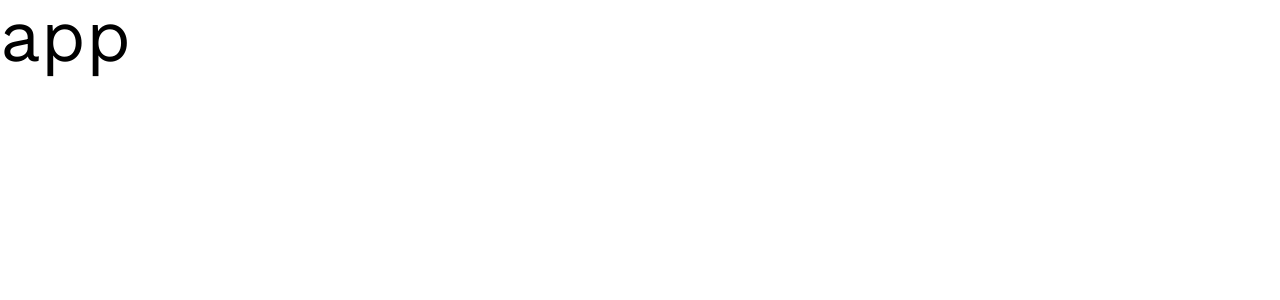
Repository: Mohtoto/3JSPortfoilio
Page: /
The author's editor kept a copy of each file at every save. The page is drawn from the files as they stood at one save, then again after the next save.
The browser window is 1280 px wide. The pictures show the whole page.
The project was rebuilt for these pictures with package versions that can differ from the ones it lists, and the page was loaded fresh each time. Also part of the build but not shown: vite.config.js.

Above is the page before, as saved 2023-12-12 19:37:14.

### src/App.jsx


const App = () => {
  return <div className="text-7xl">app</div>;
};

export default App;

Loaded but not shown: index.html (common file); src/main.jsx (common file); src/index.css (common file); tailwind.config.js (common file)

After the next save:
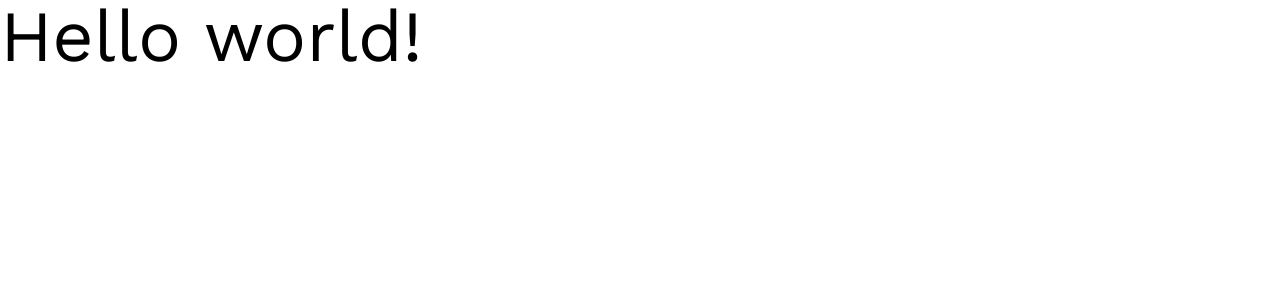
Saved 19 min 30 s later.
--- a/src/App.jsx
+++ b/src/App.jsx
@@ -1,7 +1,7 @@
 
 
 const App = () => {
-  return <div className="text-7xl">app</div>;
+  return <div className="text-7xl">Hello world!</div>;
 };
 
 export default App;
